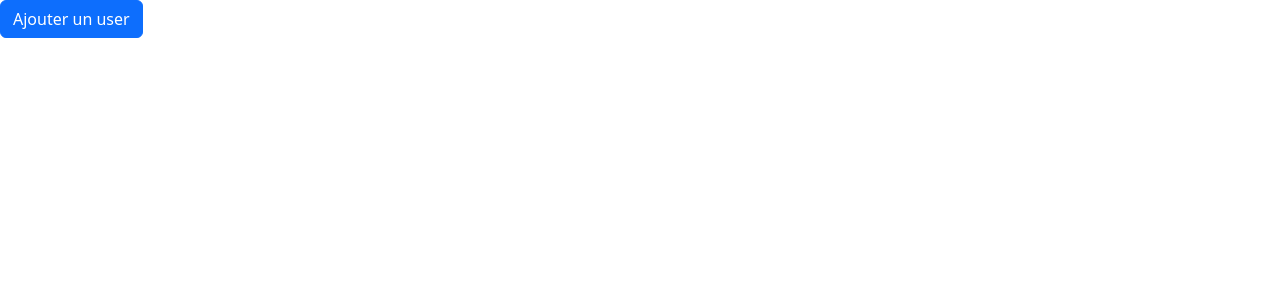
Repository: ahamie71/chat
Page: http://localhost/crud/ajoutercrud.php
These files come from the project's save history. The page is drawn as it stood at one moment and after a run of saves; the edit follows.
The browser window is 1280 px wide. The pictures show the whole page.
Some web libraries are served in a nearby version. The page is run by PHP 8.4 with error messages shown; the project is at /var/www/html/.

Above is the page before, as saved 2023-01-13 10:20:40.

### crud/ajoutercrud.php
<!DOCTYPE html>
<html lang="en">
<head>
    <meta charset="UTF-8">
    <meta http-equiv="X-UA-Compatible" content="IE=edge">
    <meta name="viewport" content="width=device-width, initial-scale=1.0">
    <link href="https://cdn.jsdelivr.net/npm/bootstrap@5.2.3/dist/css/bootstrap.min.css" rel="stylesheet" integrity="sha384-rbsA2VBKQhggwzxH7pPCaAqO46MgnOM80zW1RWuH61DGLwZJEdK2Kadq2F9CUG65" crossorigin="anonymous">
    <title>Document</title>
</head>
<body>
<!-- Button trigger modal -->
<button type="button" class="btn btn-primary" data-bs-toggle="modal" data-bs-target="#exampleModal">
  Ajouter un user
</button>

<!-- Modal -->
<div class="modal fade" id="exampleModal" tabindex="-1" aria-labelledby="exampleModalLabel" aria-hidden="true">
  <div class="modal-dialog modal-lg">
    <div class="modal-content">
      <div class="modal-header">
        <h1 class="modal-title fs-5" id="exampleModalLabel">Modal title</h1>
        <button type="button" class="btn-close" data-bs-dismiss="modal" aria-label="Close"></button>
      </div>
      <div class="modal-body">


    <div class="row d-flex justify-content-center align-items-center h-100">
      <div class="col-lg-12 col-xl-11">
        <div class="card text-black">
          <div class="card-body p-md-5">
            <div class="row justify-content-center">
              <div class="col-md-10 col-lg-6 col-xl-5 order-2 order-lg-1">

                <p class="text-center h1 fw-bold mb-5 mx-1 mx-md-4 mt-4">Sign up</p>

                <form class="mx-1 mx-md-4" action="" method="post">

                  <div class="d-flex flex-row align-items-center mb-4">
                    <i class="fas fa-user fa-lg me-3 fa-fw"></i>
                    <div class="form-outline flex-fill mb-0">
                      <input type="text" id="name" class="form-control" name="name" />
                      <label class="form-label" for="form3Example1c"> Name</label>
                    </div>
                  </div>


                  <div class="d-flex flex-row align-items-center mb-4">
                    <i class="fa fa-person fa-lg me-3 fa-fw"></i>
                    <div class="form-outline flex-fill mb-0">
                      <input type="text" id="role" class="form-control" name="role"/>
                      <label class="form-label" for="form3Example4cd">Role</label>
                    </div>
                  </div>

                  <div class="d-flex flex-row align-items-center mb-4">
                    <i class="fas fa-lock fa-lg me-3 fa-fw"></i>
                    <div class="form-outline flex-fill mb-0">
                      <input type="password" id="form3Example4c" class="form-control" name="password"/>
                      <label class="form-label" for="form3Example4c">Password</label>
                    </div>
                  </div>




                  <div class="d-flex justify-content-center mx-4 mb-3 mb-lg-4">
                    <button type="button" class="btn btn-primary btn-lg" name="submit">Register</button>
                  </div>

                </form>

              </div>
              <div class="col-md-10 col-lg-6 col-xl-7 d-flex align-items-center order-1 order-lg-2">

                <img src="https://mdbcdn.b-cdn.net/img/Photos/new-templates/bootstrap-registration/draw1.webp"
                  class="img-fluid" alt="Sample image">

              </div>
            </div>
          </div>
        </div>
      </div>
    </div>
  </div>
</section>
      </div>
      <div class="modal-footer">
        <button type="button" class="btn btn-secondary" data-bs-dismiss="modal">Close</button>

      </div>
    </div>
  </div>
</div>
<script src="https://kit.fontawesome.com/31149d48b0.js" crossorigin="anonymous"></script>
<script src="https://cdn.jsdelivr.net/npm/@popperjs/core@2.9.2/dist/umd/popper.min.js" integrity="sha384-IQsoLXl5PILFhosVNubq5LC7Qb9DXgDA9i+tQ8Zj3iwWAwPtgFTxbJ8NT4GN1R8p" crossorigin="anonymous"></script>
<script src="https://cdn.jsdelivr.net/npm/bootstrap@5.0.2/dist/js/bootstrap.min.js" integrity="sha384-cVKIPhGWiC2Al4u+LWgxfKTRIcfu0JTxR+EQDz/bgldoEyl4H0zUF0QKbrJ0EcQF" crossorigin="anonymous"></script>
<?php

if (isset($_POST['submit'])) {

    if (isset($_POST['name']) && isset($_POST['password']) && isset($_POST['role'])) {
        $name = $_POST['name'];
        $password = $_POST['password'];
        $role = $_POST['role'];

        $db = new PDO('mysql:host=localhost;dbname=train;charset=utf8', 'root', 'root');
            $req = $db->prepare("INSERT INTO user (name,password,role) VALUES (:name,:password,:role)");
            $req->execute(
                array(
                    ':name' => $name,
                    ':password' => $pass,
                    ':role' => $role
                )
            );



    }
}

After the next 2 saves:
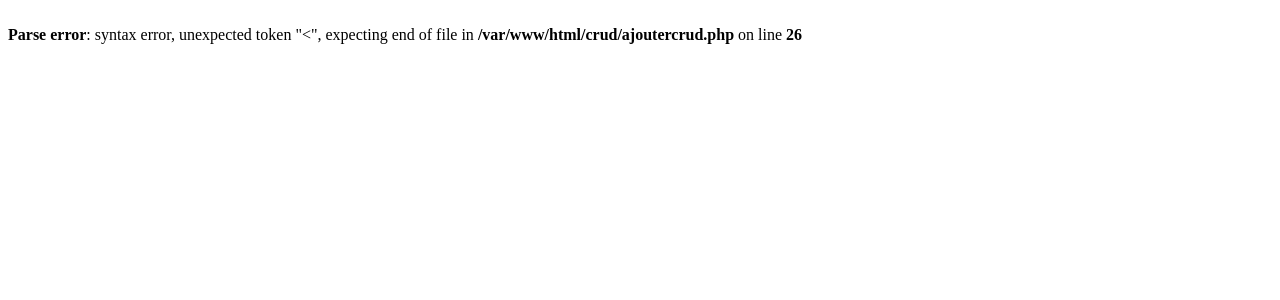
The 2 saves are shown as one change because they came seconds apart.
The last was saved 39 s later.
--- a/crud/ajoutercrud.php
+++ b/crud/ajoutercrud.php
@@ -1,3 +1,28 @@
+<?php
+
+if (isset($_POST['submit'])) {
+
+    if (isset($_POST['name']) && isset($_POST['password']) && isset($_POST['role'])) {
+        $name = $_POST['name'];
+        $password = $_POST['password'];
+        $role = $_POST['role'];
+
+        $db = new PDO('mysql:host=localhost;dbname=train;charset=utf8', 'root', 'root');
+            $req = $db->prepare("INSERT INTO user (name,password,role) VALUES (:name,:password,:role)");
+            $req->execute(
+                array(
+                    ':name' => $name,
+                    ':password' => $pass,
+                    ':role' => $role
+                )
+            );
+
+
+
+    }
+}
+
+
 <!DOCTYPE html>
 <html lang="en">
 <head>

After the save that followed:
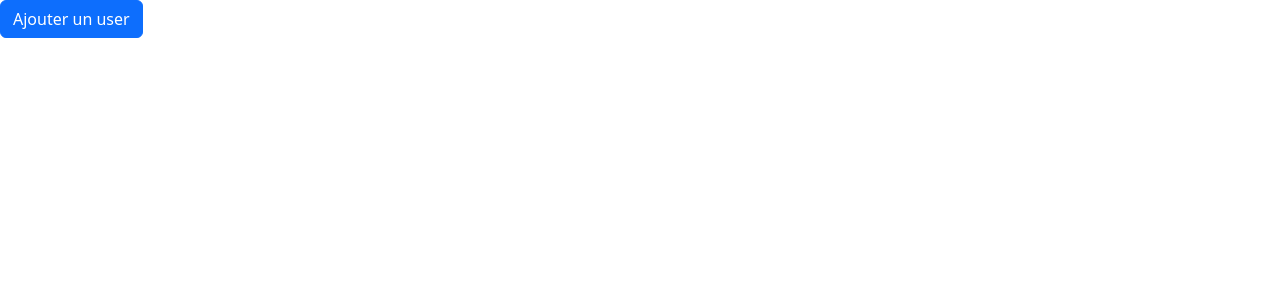
Saved 4 s later.
--- a/crud/ajoutercrud.php
+++ b/crud/ajoutercrud.php
@@ -21,7 +21,7 @@
 
     }
 }
-
+?>
 
 <!DOCTYPE html>
 <html lang="en">
